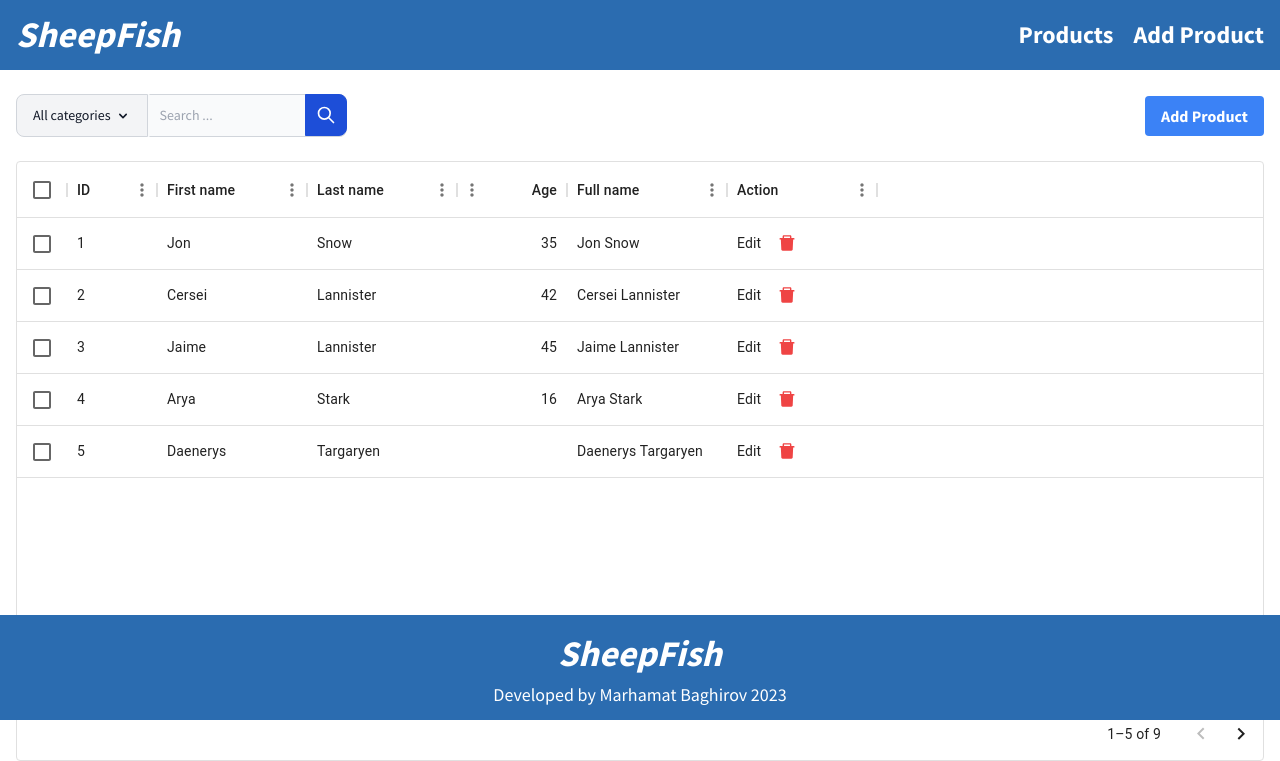
Repository: Marhamat92/sheep-fish-task
Page: /
An editor plug-in stored every save of this project. The page is shown before and after the next save, followed by the edit.
The browser window is 1280 px wide. The pictures show the whole page.
The project was rebuilt for these pictures with package versions that can differ from the ones it lists, and the page was loaded fresh each time. Also part of the build but not shown: src/App.css.

Above is the page before, as saved 2023-03-28 19:14:54.

After the next save:
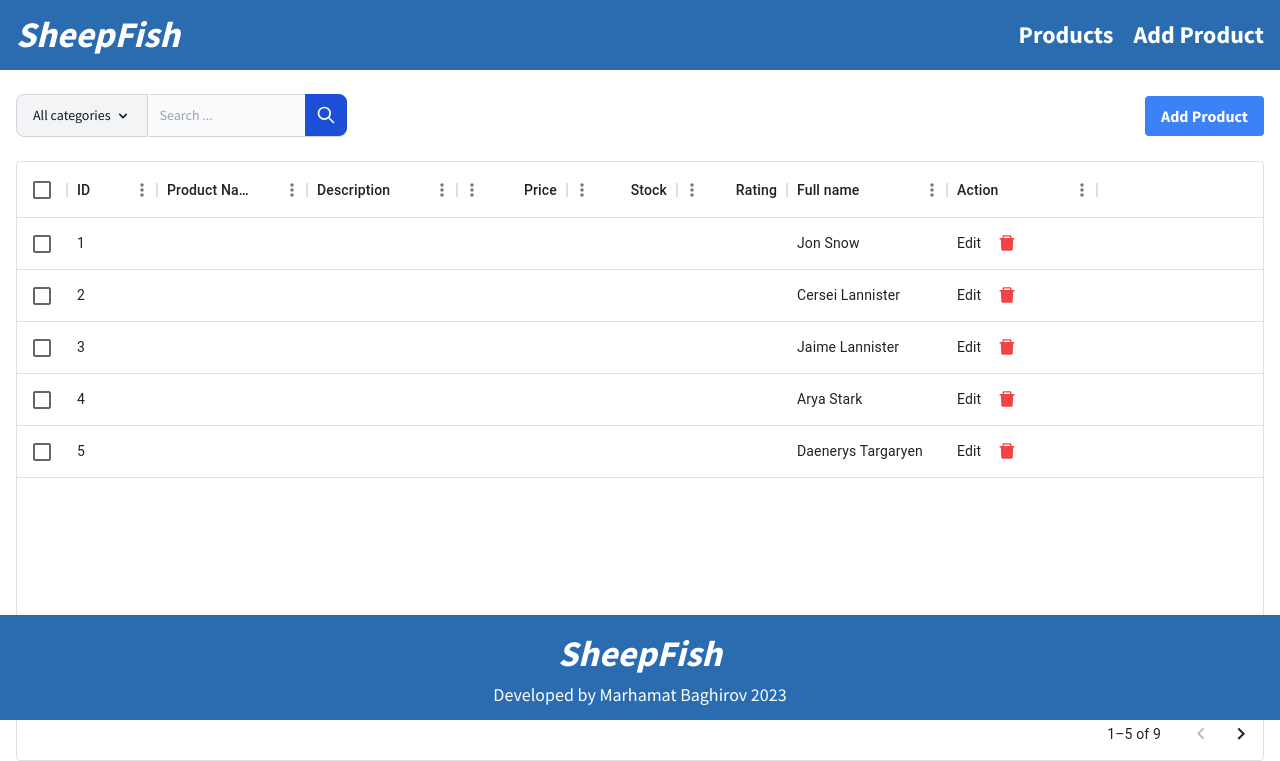
Saved 5 min 4 s later.
--- a/src/components/ListTable.tsx
+++ b/src/components/ListTable.tsx
@@ -12,20 +12,34 @@
   const columns: GridColDef[] = [
     { field: "id", headerName: "ID", width: 90 },
     {
-      field: "firstName",
-      headerName: "First name",
+      field: "name",
+      headerName: "Product Name",
       width: 150,
       editable: true,
     },
     {
-      field: "lastName",
-      headerName: "Last name",
+      field: "description",
+      headerName: "Description",
       width: 150,
       editable: true,
     },
     {
-      field: "age",
-      headerName: "Age",
+      field: "price",
+      headerName: "Price",
+      type: "number",
+      width: 110,
+      editable: true,
+    },
+    {
+      field: "stock",
+      headerName: "Stock",
+      type: "number",
+      width: 110,
+      editable: true,
+    },
+    {
+      field: "rating",
+      headerName: "Rating",
       type: "number",
       width: 110,
       editable: true,
